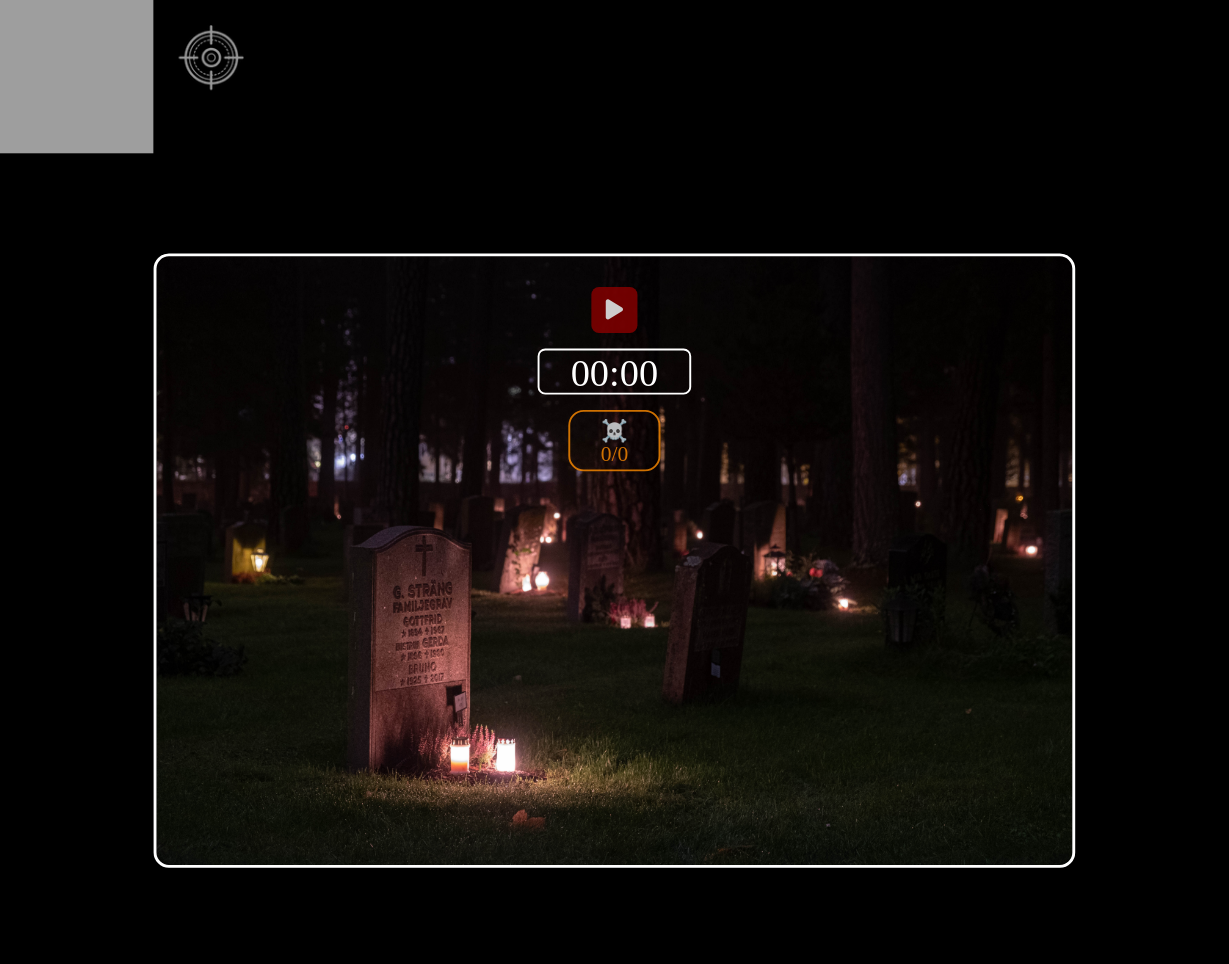
Repository: MrJinkyu/ZombieGame
Page: index.html
The author's editor kept a copy of each file at every save. The page is drawn from the files as they stood at one save, then again after the next save.
The browser window is 1280 px wide. The pictures show the whole page, at 96% of full size.
Pictures or frames that could not be fetched are drawn as grey boxes. Some web libraries are served in a nearby version.

Above is the page before, as saved 2023-04-10 19:53:42.

After the next save:
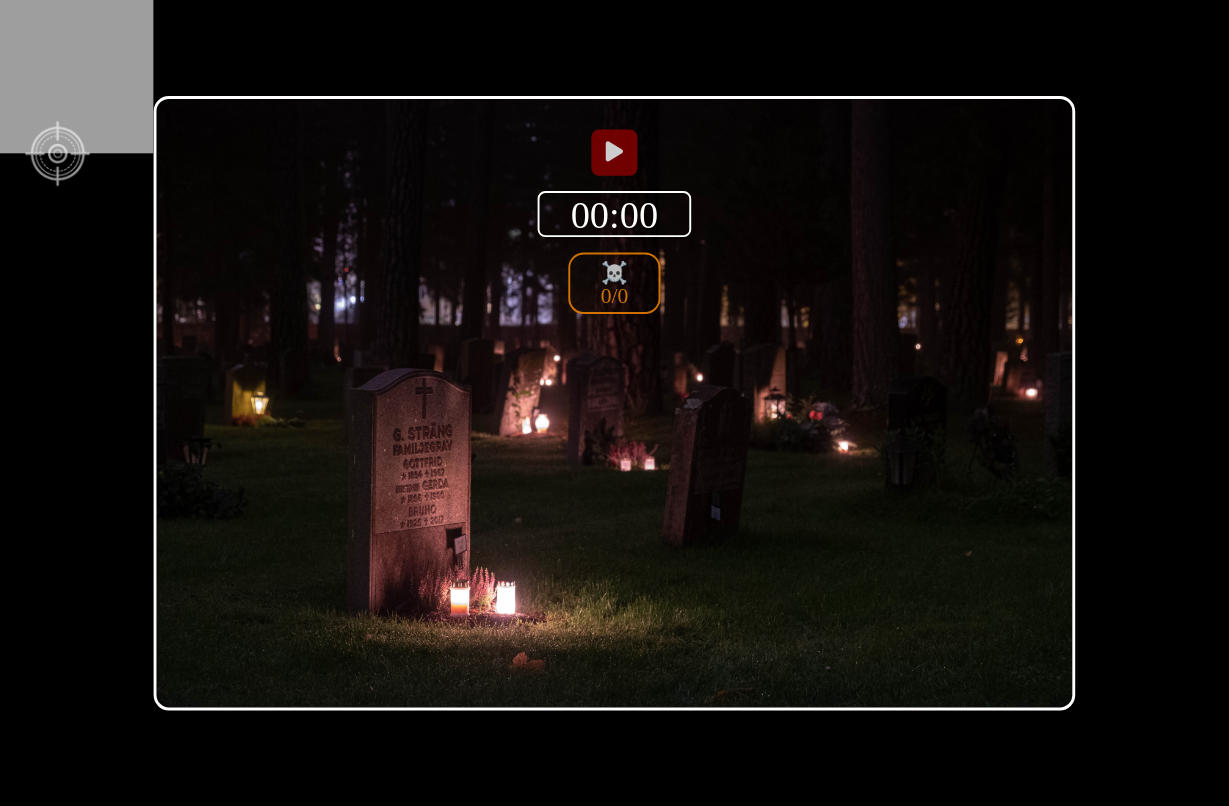
Saved 64 s later.
--- a/style.css
+++ b/style.css
@@ -20,6 +20,9 @@
 }
 
 .title{
+    position: absolute;
+    top: 0;
+    left: 0;
     width: 10rem;
     height: 10rem;
 }
